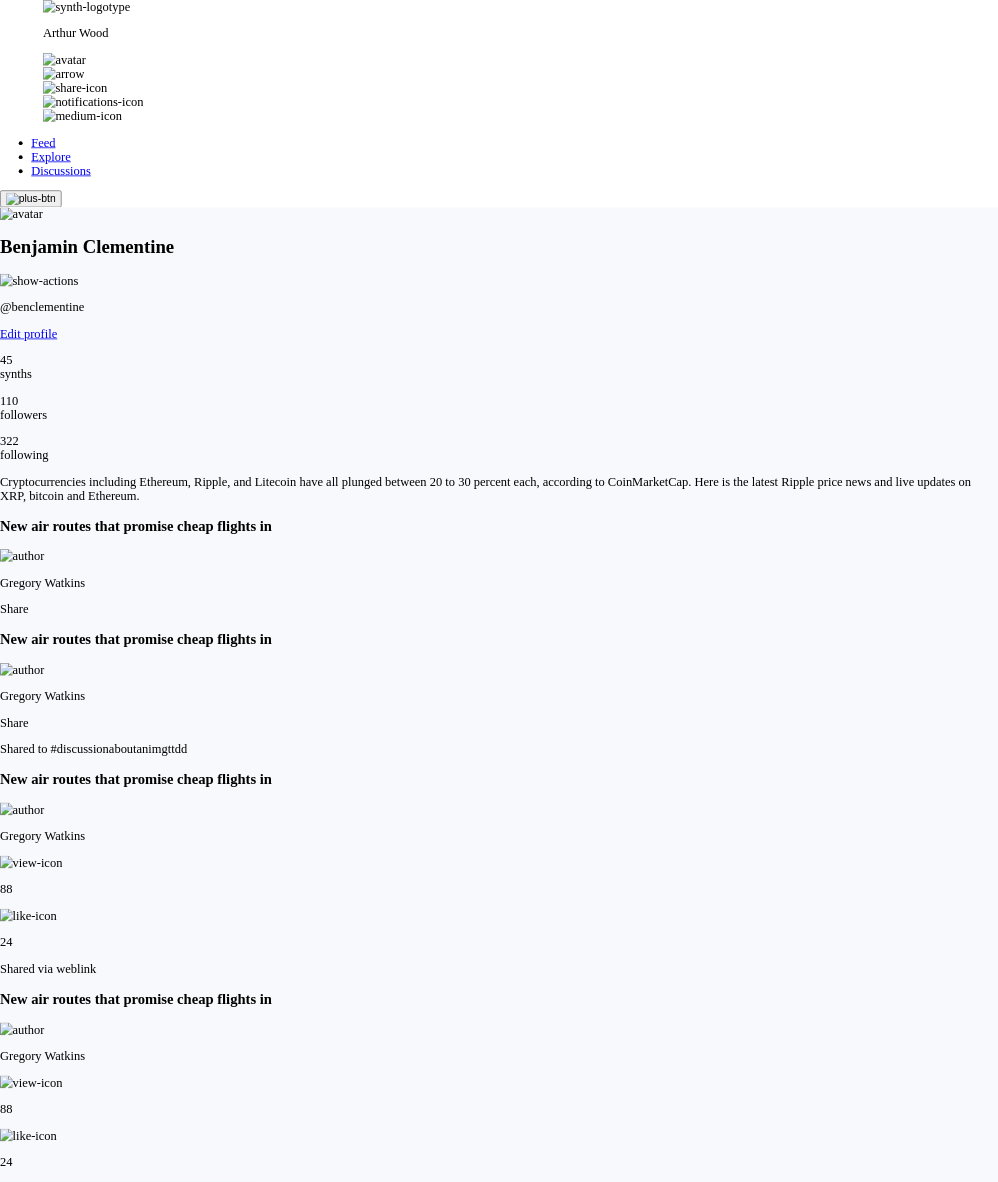
Repository: ecspetra/swivl-test-task
Page: index.html
An editor plug-in stored every save of this project. The page is shown before and after the next save, followed by the edit.
The browser window is 1280 px wide. The pictures show the whole page, at 78% of full size.
The style sheet was rebuilt from its Sass, Less or Tailwind sources for each picture, by a compiler version that may differ from the author's.

Above is the page before, as saved 2021-12-09 21:22:35.

### index.html
<!DOCTYPE html>
<html lang="en">

<head>
    <meta charset="UTF-8">
    <meta http-equiv="X-UA-Compatible" content="IE=edge">
    <meta name="viewport" content="width=device-width, initial-scale=1.0">
    <link rel="stylesheet" href="css/style.css">
    <title>Synth User Profile</title>
</head>

<body>
    <header>
        <div class="header">
            <div class="header__logo-wrapper">
                <img class="header__logo" src="" alt="synth-logotype">
            </div>
            <div class="header__profile">
                <div class="header__user">
                    <p class="header__username">Arthur Wood</p>
                    <div class="header__avatar-wrapper">
                        <img class="header__avatar" src="" alt="avatar">
                    </div>
                    <div class="header__arrow-wrapper">
                        <img class="header__arrow" src="" alt="arrow">
                    </div>
                </div>
                <div class="header__icons">
                    <div class="header__share-wrapper">
                        <img class="header__share" src="" alt="share-icon">
                    </div>
                    <div class="header__notifications-wrapper">
                        <img class="header__notifications" src="" alt="notifications-icon">
                    </div>
                    <div class="header__medium-wrapper">
                        <img class="header__medium" src="" alt="medium-icon">
                    </div>
                </div>
            </div>
        </div>
        <div class="header__navigation-wrapper">
            <nav class="header__navigation">
                <ul>
                    <li><a href="#">Feed</a></li>
                    <li><a href="#">Explore</a></li>
                    <li><a href="#">Discussions</a></li>
                </ul>
            </nav>
        </div>
        <button class="header__btn-wrapper">
            <img class="header__btn" src="" alt="plus-btn">
        </button>
    </header>
    <main>
        <section>
            <div class="profile">
                <div class="profile__user-details">
                    <div class="profile__general">
                        <div class="profile__avatar-wrapper">
                            <img class="profile__avatar" src="" alt="avatar">
                        </div>
                        <div class="profile__name-wrapper">
                            <h2 class="profile__name">Benjamin Clementine</h2>
                            <div class="profile__dots-wrapper">
                                <img class="profile__dots" src="" alt="show-actions">
                            </div>
                        </div>
                        <p class="profile__instagram">@benclementine</p>
                        <a class="profile__edit-btn" href="#">Edit profile</a>
                    </div>
                    <div class="profile__statistics">
                        <p class="profile__synths"><span>45</span><br>synths</p>
                        <p class="profile__followers"><span>110</span><br>followers</p>
                        <p class="profile__following"><span>322</span><br>following</p>
                    </div>
                    <p class="profile__description">Cryptocurrencies including Ethereum, Ripple, and Litecoin have all
                        plunged between 20 to 30 percent each, according to CoinMarketCap. Here is the latest Ripple
                        price news and live updates on XRP, bitcoin and Ethereum.</p>
                </div>

                <div class="profile__switcher"></div>

                <div class="profile__cards-wrapper">
                    <article class="profile-card">
                        <h1 class="profile-card__headline">New air routes that promise cheap flights in</h1>
                        <div class="profile-card__bottom">
                            <div class="profile-card__author-wrapper">
                                <div class="profile-card__author-photo">
                                    <img class="profile-card__author" src="" alt="author">
                                </div>
                                <p class="profile-card__author-name">Gregory Watkins</p>
                            </div>
                            <div class="profile-card__actions-wrapper">
                                <div class="profile-card__share-wrapper">
                                    <p class="profile-card__share-link">Share</p>
                                </div>
                            </div>
                        </div>
                    </article>
                    <article class="profile-card">
                        <h1 class="profile-card__headline">New air routes that promise cheap flights in</h1>
                        <div class="profile-card__bottom">
                            <div class="profile-card__author-wrapper">
                                <div class="profile-card__author-photo">
                                    <img class="profile-card__author" src="" alt="author">
                                </div>
                                <p class="profile-card__author-name">Gregory Watkins</p>
                            </div>
                            <div class="profile-card__actions-wrapper">
                                <div class="profile-card__share-wrapper">
                                    <p class="profile-card__share-link">Share</p>
                                </div>
                            </div>
                        </div>
                    </article>
                    <article class="profile-card">
                        <p class="profile-card__top">Shared to <span>#discussionaboutanimgttdd</span></p>
                        <h1 class="profile-card__headline">New air routes that promise cheap flights in</h1>
                        <div class="profile-card__bottom">
                            <div class="profile-card__author-wrapper">
                                <div class="profile-card__author-photo">
                                    <img class="profile-card__author" src="" alt="author">
                                </div>
                                <p class="profile-card__author-name">Gregory Watkins</p>
                            </div>
                            <div class="profile-card__actions-wrapper">
                                <div class="profile-card__icon-wrapper">
                                    <img class="profile-card__view-icon" src="" alt="view-icon">
                                    <p class="profile-card__icon-counter">88</p>
                                </div>
                                <div class="profile-card__icon-wrapper">
                                    <img class="profile-card__like-icon" src="" alt="like-icon">
                                    <p class="profile-card__icon-counter">24</p>
                                </div>
                            </div>
                        </div>
                    </article>
                    <article class="profile-card">
                        <p class="profile-card__top weblink-shared">Shared via weblink</p>
                        <h1 class="profile-card__headline">New air routes that promise cheap flights in</h1>
                        <div class="profile-card__bottom">
                            <div class="profile-card__author-wrapper">
                                <div class="profile-card__author-photo">
                                    <img class="profile-card__author" src="" alt="author">
                                </div>
                                <p class="profile-card__author-name">Gregory Watkins</p>
                            </div>
                            <div class="profile-card__actions-wrapper">
                                <div class="profile-card__icon-wrapper">
                                    <img class="profile-card__view-icon" src="" alt="view-icon">
                                    <p class="profile-card__icon-counter">88</p>
                                </div>
                                <div class="profile-card__icon-wrapper">
                                    <img class="profile-card__like-icon" src="" alt="like-icon">
                                    <p class="profile-card__icon-counter">24</p>
                                </div>
                            </div>
                        </div>
                    </article>
                </div>
            </div>
        </section>
    </main>

</body>

</html>

### scss/style.scss
$bg-color: #f7f9fc;

body {
  width: 100%;
  height: auto;
  margin: 0;
  padding: 0;
  background-color: $bg-color;
}

* {
  -webkit-box-sizing: border-box;
  box-sizing: border-box;
}

header {
  width: 100%;
  background-color: #ffffff;
}
main,
section {
  width: 100%;
}
.header {
  max-width: 1218px;
  padding: 0 24px;
  margin: 0 auto;
}
.header__logo-wrapper {
}
.header__logo {
}
.header__profile {
}
.header__user {
}
.header__username {
}
.header__avatar-wrapper {
}
.header__avatar {
}
.header__arrow-wrapper {
}
.header__arrow {
}
.header__icons {
}
.header__share-wrapper {
}
.header__share {
}
.header__notifications-wrapper {
}
.header__notifications {
}
.header__medium-wrapper {
}
.header__medium {
}
.header__navigation-wrapper {
}
.header__navigation {
}
.header__btn-wrapper {
}
.header__btn {
}
.profile {
}
.profile__user-details {
}
.profile__general {
}
.profile__avatar-wrapper {
}
.profile__avatar {
}
.profile__name-wrapper {
}
.profile__name {
}
.profile__dots-wrapper {
}
.profile__dots {
}
.profile__instagram {
}
.profile__edit-btn {
}
.profile__statistics {
}
.profile__synths {
}
.profile__followers {
}
.profile__following {
}
.profile__description {
}
.profile__switcher {
}
.profile__cards-wrapper {
}
.profile-card {
}
.profile-card__headline {
}
.profile-card__bottom {
}
.profile-card__author-wrapper {
}
.profile-card__author-photo {
}
.profile-card__author {
}
.profile-card__author-name {
}
.profile-card__actions-wrapper {
}
.profile-card__share-wrapper {
}
.profile-card__share-link {
}
.profile-card__top {
}
.profile-card__icon-wrapper {
}
.profile-card__view-icon {
}
.profile-card__icon-counter {
}
.profile-card__like-icon {
}
.weblink-shared {
}

After the next save:
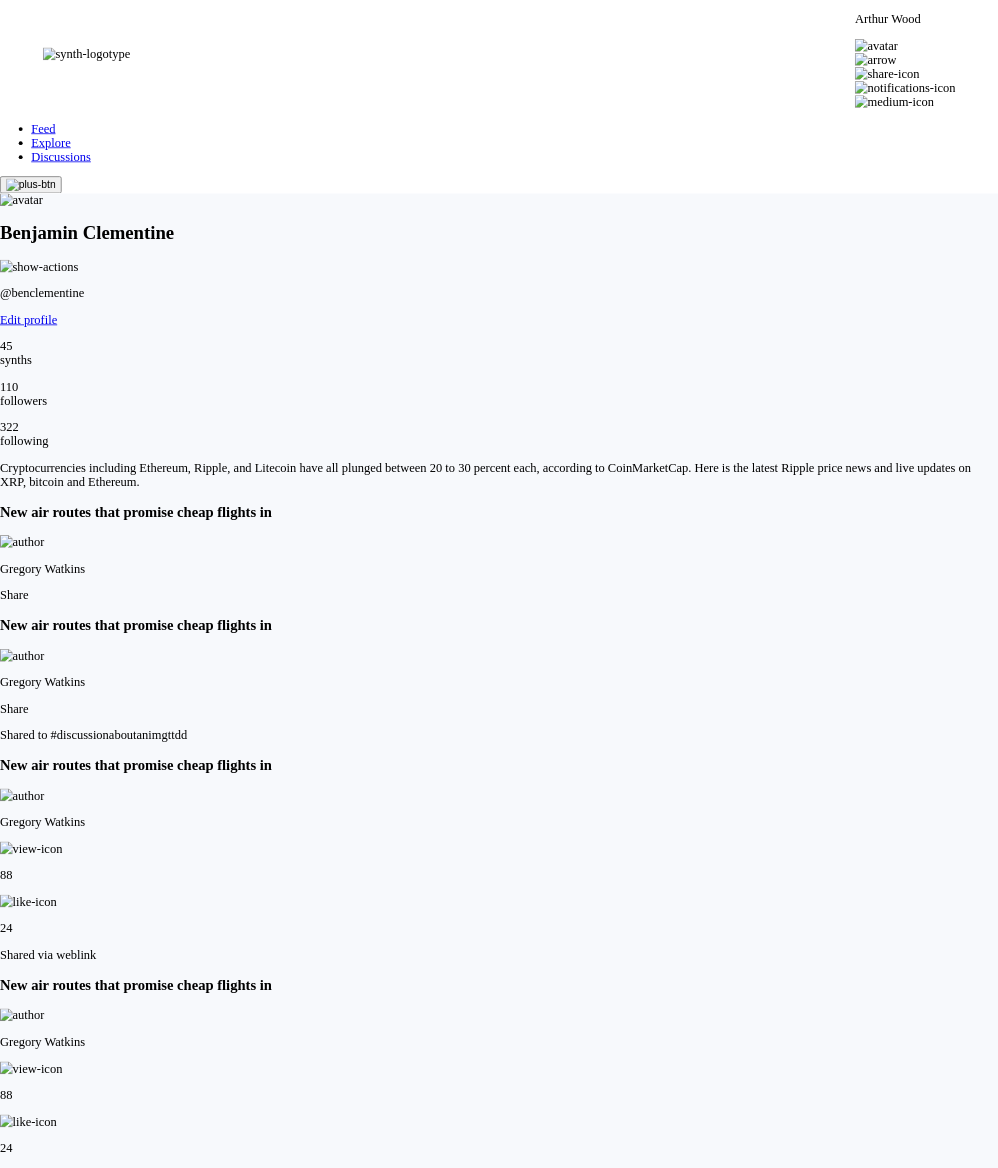
Saved 41 s later.
--- a/scss/style.scss
+++ b/scss/style.scss
@@ -25,6 +25,10 @@ section {
   max-width: 1218px;
   padding: 0 24px;
   margin: 0 auto;
+  display: flex;
+  flex-direction: row;
+  justify-content: space-between;
+  align-items: center;
 }
 .header__logo-wrapper {
 }
